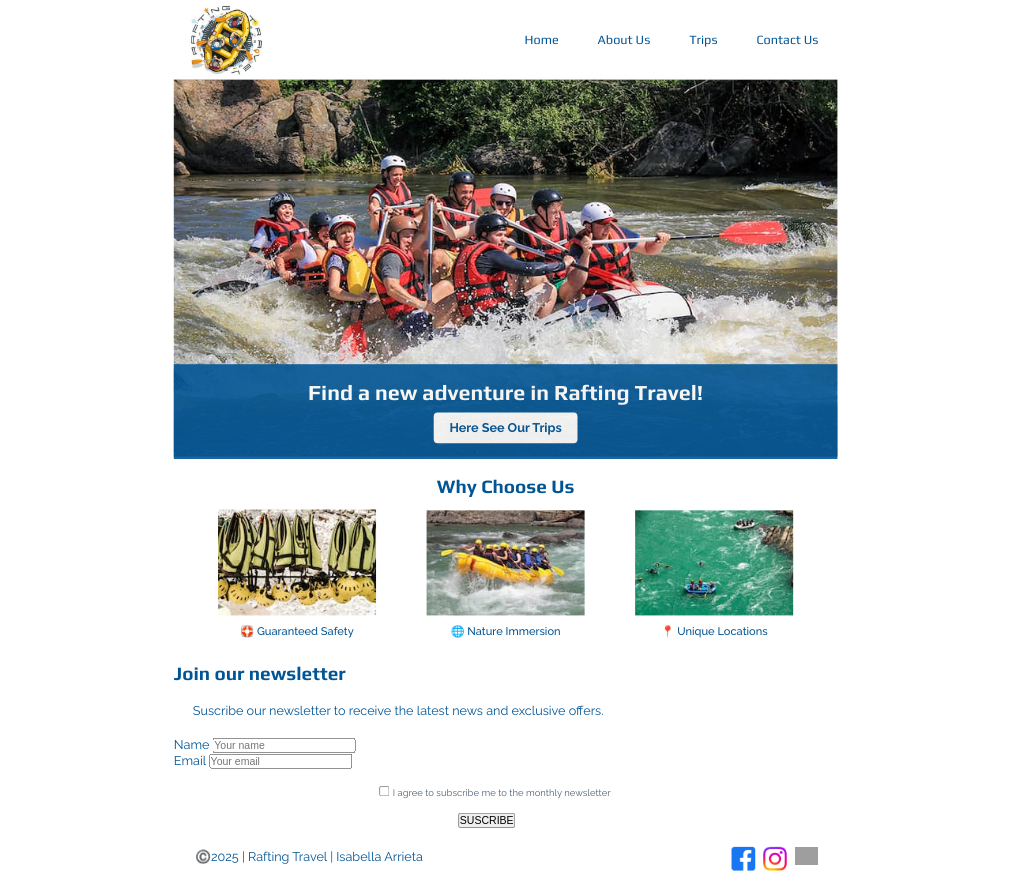
Repository: isaAJ05/wdd130
Page: wwr/index.html
These files come from the project's save history. The page is drawn as it stood at one moment and after a run of saves; the edit follows.
The browser window is 1280 px wide. The pictures show the whole page, at 79% of full size.
Pictures or frames that could not be fetched are drawn as grey boxes.

Above is the page before, as saved 2025-06-16 21:43:24.

### wwr/index.html
<!DOCTYPE html>
<html lang="en">
<head>
    <meta charset="UTF-8">
    <meta name="viewport" content="width=device-width, initial-scale=1.0">
    <title>Home-Rafting Travel</title>
    <meta name="description" content="Main page: Rafting Travel">
    <meta name="author" content="Isabella Arrieta">
    <link rel="stylesheet" href="styles/rafting.css">
    <link rel="preconnect" href="https://fonts.googleapis.com">
    <link rel="preconnect" href="https://fonts.gstatic.com" crossorigin>
    <link href="https://fonts.googleapis.com/css2?family=Play:wght@400;700&family=Raleway:ital,wght@0,100..900;1,100..900&display=swap" rel="stylesheet">
</head>
<body>
    <header>
        <img src ="images/z-raftingcompas.jpg" alt="Rafting Company Logo">
    <nav>
        <a href="index.html">Home</a>
        <a href="about.html">About Us</a>
        <a href="trips.html">Trips</a>
        <a href="contact.html">Contact Us</a>
    </nav>
    </header>
    <main>
        <div class="hero">
            <img src="images/rafting10_1024.jpg" alt="Rafting">
            <div class="hero-text">
            <h1>Find a new adventure in Rafting Travel!</h1>
            <a href="trips.html" class="btn">Here See Our Trips</a>
            </div>
        </div>
        <section class="more-info">
            <h2>Why Choose Us</h2>
            <figure>
                <img src="images/pexels-pavel-danilyuk-9065475.jpg" alt="">
                <figcaption>🛟 Guaranteed Safety</figcaption>
            </figure>
            <figure>
                <img src="images/pexels-walter-rock-242489429-12328763.jpg" alt="">
                <figcaption>🌐 Nature Immersion</figcaption>
            </figure>
            <figure>
                <img src="images/pexels-abhay-yadav-382866156-17779616.jpg" alt="">
                <figcaption>📍 Unique Locations</figcaption>
            </figure>
        </section>
        <div class="rectangle-7">
        <h2>Join our newsletter</h2>
        <p>Suscribe our newsletter to receive the latest news and exclusive offers.</p>
    <form>
        <div class="row">
            <div class="form-title">
                <label for="fullname">Name</label>
                <input type="text" id="fullname" name="fullname" placeholder="Your name">
            </div>
            <div class="form-title">
                <label for="useremail">Email</label>
                <input type="email" id="useremail" name="useremail" placeholder="Your email">
            </div>

        </div>

        <div class="check">
            <input type="checkbox" id="subscribe" name="subscribe">
            <label for="subscribe">I agree to subscribe me to the monthly newsletter</label>
        </div>
        <div class="send">
            <button type="submit">SUSCRIBE</button>
        </div>
        </form>
    </div>
        </main>
    <footer>
        <p>©️2025 | Rafting Travel | Isabella Arrieta</p>
        <nav class="socialmedia">
            <a href="https://www.facebook.com/">
                <img src="images/facebook.webp" alt="Facebook" width="30">
            </a>
            <a href="https://www.instagram.com/">
                <img src="images/instagram.webp" alt="Instagram" width="30">
            </a>
            <a href="https://x.com/home">
                <img src="images/x.webp" alt="X" width="30">
            </a>
        </nav>
    </footer>
</body>
</html>

### wwr/styles/rafting.css
:root {
    --primary-color: #FC9F1C;
    --secondary-color: #FFE77C;
    --accent1-color: #025595;
    --accent2-color: #A6DEF6;
    --heading-font: "Play", sans-serif;
    --body-font: "Raleway", sans-serif;
}

header {
    margin: 1rem auto;
    background-color: #fff;
    color: var(--secondary-color);
    display: grid;
	grid-template-columns: 1fr 1fr;
    align-items: center;
    border-bottom: 1px solid #ccc;

}
header img {
    width: 100px;
    height: auto;
    margin-left: 16px;
}
*{
    margin: 0;
    padding: 0;
    box-sizing: border-box;
}
body {
    font-family: var(--body-font);
    color: var(--accent1-color);
}
 header, main, footer {
    width: 840px;
    margin: 0 auto;
}
h1, h2{
    font-family: var(--heading-font);
    color: var(--accent1-color);
}
p, section, article{
    margin: 16px;
    padding: 8px;
}
.History {
    display: grid;
	grid-template-columns: 1fr 1fr 1fr;
    align-items: center;
    grid-gap: 1px;
}
.History h2{
    grid-column: 1/4;
    text-align: center;

}
.History img{
    width: 100%;
    height: auto;
}
.Adventure {
    display: grid;
    grid-template-columns: 1fr 1fr 1fr 1fr 1fr;
    align-items: center;
    grid-gap: 15px;
}
.Adventure h2{
    grid-column: 1/6;
    text-align: center;
}
.Adventure img{
    width: 100%;
    height: auto;
}
figcaption {
    text-align: center;
}
nav {
    margin: 16px;
    padding: 8px;
    display: flex;
    justify-content: space-between;
	flex: 1 1 auto;

}
nav a {
    text-decoration: none;
    font-family: var(--heading-font);
    color: var(--accent1-color);
}
nav a:hover {
    color: var(--primary-color);
    text-decoration: underline;
}

.socialmedia a{
    text-decoration: none;
}
.socialmedia {
    justify-content: right;
    gap: 10px;
}

.herodiv{
    position: relative;
    margin: 1em auto;

}

.herodiv img{
    display: block;
    width: 100%;
    height: auto;
}

.herodiv h1{
    position: absolute;
    top: 20px;
    width: 100%;
    padding: 16px;
    text-align: center;
    opacity: 0.9;
    background-color: var(--accent1-color);
    color: #ffffff;

}

.herodiv article{
    position: absolute;
    top: 150px;
    left: 5px;
    width: 800px;
    opacity: 0.9;
    background-color: var(--accent1-color);
    color: #ffffff;
}
.herodiv article img{
    float: right;
    width: 230px;
    padding: 8px;
}
footer {
    display: flex;

}
footer p {
    margin: 19px;
    padding: 8px;

}
.rectangle-3 {
	width: 840px;
	height: 159px;
	padding: 8px 8px 8px 8px;
	background:var(--accent1-color);
    margin: 0 auto;
    display: flex;
    flex-direction: column;
    align-items: center;
    justify-content: center;
	border-radius: 3px 3px 3px 3px;

}
.rectangle-3 .header-3 {
    width: 463px;
	height: 36px;
	color: #FFFFFF;
	font-family: var(--heading-font);
	font-weight: 700;
	font-size: 30px;
	line-height: 1.2;
	text-align: center;
}
.we-love-questions-and-feedback-and-we-re-always- {
	width: 418px;
	height: 44px;
	color: #FFFFFF;
	font-family: var(--body-font);
	font-weight: 400;
	font-size: 13px;
	line-height: 1.4;
	text-align: center;
}
.rectangle-4 {
	width: 840px;
	height: 348px;
	background: #FFFFFF;
	border-radius: 3px 3px 3px 3px;
    display: flex;
    align-items: flex-start;
}
.column-text{
    flex:1;
    padding: 20px;
    align-items: center;
}
.column-text .block{
    flex:1;
}

.column-map {
    flex: 1;
    text-align: right;;
}

.column-map iframe {
	max-width: 463px;
	height: 348px;
	background: #00000000;

}


.header-14 {
	width: 223px;
	color: var(--accent1-color);
	font-family: var(--body-font);
	font-weight: 700;
	font-size: 24px;
	line-height: 1.2;
    text-align: left;
    margin-top: 34px;
}
.jackson-wyoming-ee-uu- {

    margin-top: 35px;
	color: var(--accent1-color);
	font-family: var(--body-font);
	font-weight: 600;
	font-size: 16px;
	line-height: 1.1;
	text-align: left;
    padding-left: 6px;
}


.address-phone-and-email {
    margin-top: 20px;
	color: var(--accent1-color);
	font-family: var(--body-font);
	font-weight: 400;
	font-size: 11px;
	line-height: 1.5;
	text-align: left;
}
.address-phone-and-email img {
	width: 18px;
	height: 18px;
}
.address-phone-and-email figure {
    display: flex;
    gap: 10px;
    margin: 0;
    margin-top: 10px;
}



.rectangle-5 {
	width: 840px;
	height: 240px;
    padding: 20px 20px 20px 20px;
	background: var(--accent1-color);
	border-radius: 3px 3px 3px 3px;
    display: grid;
    grid-template-columns: 1fr 1fr 1fr;
    align-items: center;
    justify-items: center;
}
.rectangle-5 img {
	width: 120px;
	height: 135px;
	background: #00000000;
}

.rectangle-5 figcaption {
	width: 111px;
	height: 15px;
	color: #FFFFFF;
	font-family: var(--body-font);
	font-weight: 500;
	font-size: 14px;
	line-height: 1.1;
	text-align: center;
}

.header-16 {
	width: 223px;
	height: 48px;
	color: #FFFFFF;
	font-family: var(--heading-font);
	font-weight: 700;
	font-size: 24px;
	line-height: 1.2;
	text-align: center;
    grid-column: 1/4;
    margin: 0 auto;
}

.rectangle-6 {
	width: 840px;
	height: 551px;
	padding: 8px 8px 8px 8px;
	background: #EDF0F4;
	border-radius: 3px 3px 3px 3px;
}
.rectangle-6 h2{
    margin-top: 48px;
	color: #3B4754;
	font-family: var(--heading-font);
	font-weight: 700;
	font-size: 24px;
	line-height: 1.2;
	text-align: center;
}

.rectangle-6 p {
	color: #4f6278;
	font-family: var(--body-font);
	font-weight: 400;
	font-size: 13px;
	line-height: 1.5;
	text-align: center;
}

.rectangle-6 .row {
    display: flex;
    gap: 20px;
    align-items: center;
    justify-content: center;
    padding-top: 16px;
    padding-bottom: 16px;

}

.rectangle-6 .form-title {
    display: flex;
    flex-direction: column;

}
.rectangle-6 .form-title label{
	width: 31px;
	height: 12px;
	color: #3B4754;
	font-family: var(--body-font);
	font-weight: 700;
	font-size: 11px;
	line-height: 1.1;
	text-align: left;
}
.rectangle-6 .form-title input{
	width: 225px;
	height: 28px;
	background: #FFFFFF;
	color: #9FAFC1;
	border-color: #C9D3DD;
	border-width: 2px;
	border-style: solid;
	border-radius: 4px 4px 4px 4px;
	font-family: var(--body-font);
	font-weight: 400;
	font-size: 12px;
	text-align: left;
    margin-top: 4px;
}
.rectangle-6 .title label{
	width: 31px;
	height: 12px;
	color: #3B4754;
	font-family: var(--body-font);
	font-weight: 700;
	font-size: 11px;
	line-height: 1.1;
	text-align: left;
    padding-left: 176px;
}
.radio{
    padding-left: 176px;

}

input[type="radio"]{
	background: #FFFFFF;
	border-color: #C9D3DD;
	border-width: 1.5px;
	border-style: solid;
}
.radio label {
    font-family: var(--body-font);
	font-weight: normal;
	font-size: 12px;
	text-align: left;
    color: #232323;
}
.rectangle-6 .textarea {
    display: flex;
    flex-direction: column;
    align-items: center;
    justify-content: center;
}
.rectangle-6 .textarea textarea {
    width: 469px;
	height: 99px;
	background: #FFFFFF;
	color: #000000;
	border-color: #C9D3DD;
	border-width: 2px;
	border-style: solid;
	border-radius: 4px 4px 4px 4px;
	font-family: var(--body-font);
	font-weight: 400;
	font-size: 12px;
	text-align: left;

}
.check {
    padding-left: 260px;
    padding-top: 20px;
    padding-bottom: 16px;
}
.check checkbox {
	width: 371px;
	height: 19px;
	background: #FFFFFF;
	border-color: #C9D3DD;
	border-width: 1.5px;
	border-style: solid;

}

.check label{
    font-family: var(--body-font);
	font-weight: normal;
	font-size: 12px;
	text-align: left;
	color: #4f6278;;
}
.send {
    padding-left: 360px;
}
.rectangle-6 button, .hero button {
	width: 100px;
	height: 28px;
	padding: 0px 10px 0px 10px;
	background: var(--accent1-color);
	color: #FFFFFF;
	border-color: #3B4754;
	border-width: 1px;
	border-style: solid;
	border-radius: 2px 2px 2px 2px;
	font-family: var(--body-font);
	font-weight: 700;
	font-size: 10px;
	text-align: center;

}
.rectangle-6 button:hover, .hero-text .btn:hover {
    background: var(--primary-color);
    color: #fff;
    cursor: pointer;
}
.hero {
	position: relative;
}
.hero img {
	width: 100%;
	display: block;
}
.hero-text {
	position: absolute;
	top: 360px;
	width: 100%;
	text-align: center;
	background-color: var(--accent1-color);
	padding: 20px;
	opacity: 0.9;
	color: #ffffff;
}

.hero-text h1 {
	font-size: 1.7rem;
	margin: 0;
	font-family: var(--heading-font);
	color: #ffffff;
}

.hero-text .btn {
	display: inline-block;
	margin-top: 10px;
	padding: 10px 20px;
	background-color: #ffffff;
	color: var(--accent1-color);
	text-decoration: none;
	border-radius: 5px;
	font-weight: bold;
}
.more-info {
    display: grid;
    grid-template-columns: 1fr 1fr 1fr;
    align-items: center;
    justify-items: center;

}

.more-info h2{
    grid-column: 1/4;
    text-align: center;
	margin-bottom: 16px;

}
.more-info img{
    width: 200px;
    height: auto;
}
.more-info figcaption{
	text-align: center;
	padding: 8px;
	font-family: var(--body-font);
	color: var(--accent1-color);
	font-weight: 500;
	font-size: 14px;
}

After the next 3 saves:
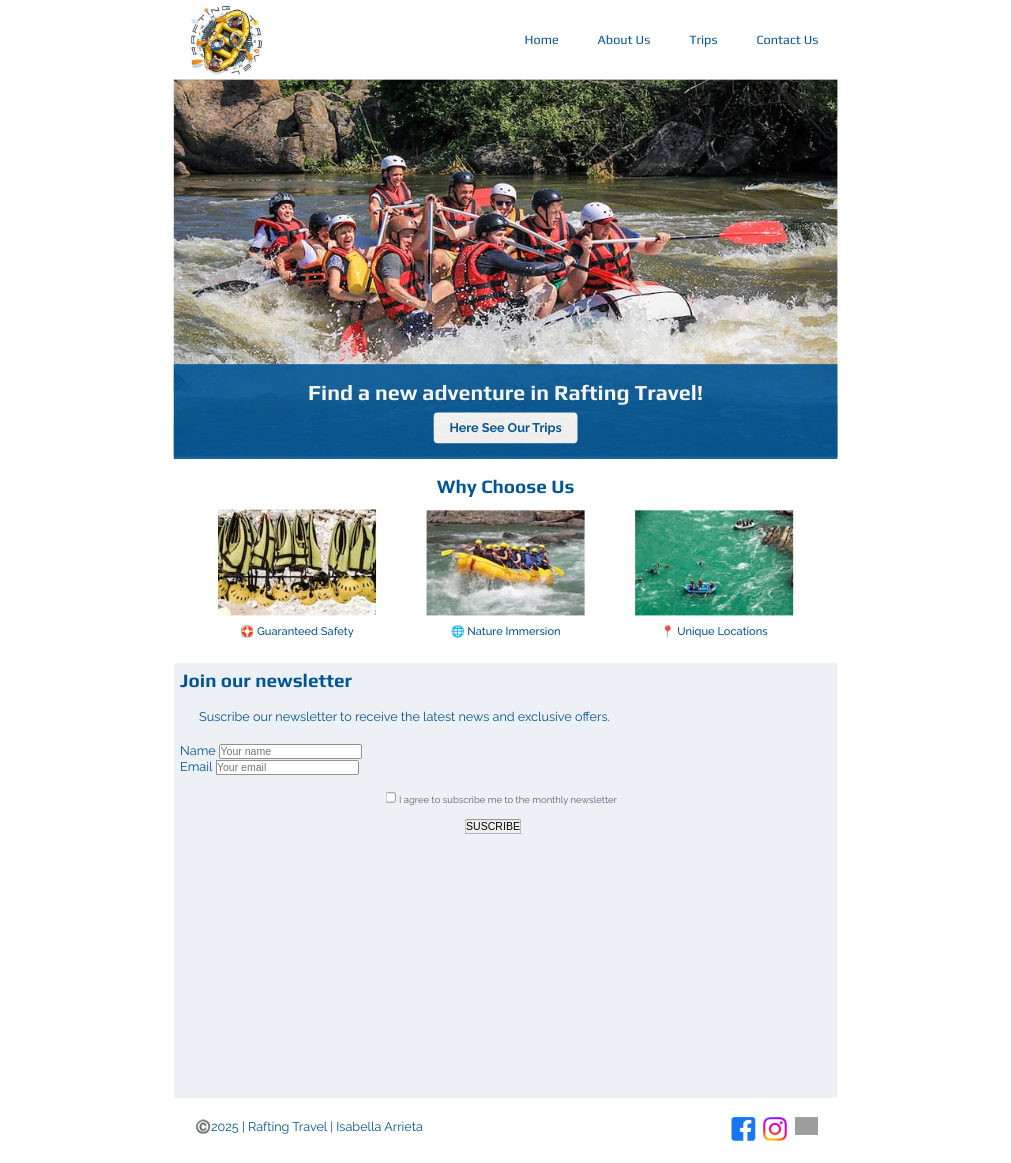
The 3 saves are shown as one change because they came seconds apart.
The last was saved 29 s later.
--- a/wwr/styles/rafting.css
+++ b/wwr/styles/rafting.css
@@ -298,6 +298,13 @@ footer p {
 }
 
 .rectangle-6 {
+	width: 840px;
+	height: 551px;
+	padding: 8px 8px 8px 8px;
+	background: #EDF0F4;
+	border-radius: 3px 3px 3px 3px;
+}
+.rectangle-7 {
 	width: 840px;
 	height: 551px;
 	padding: 8px 8px 8px 8px;
